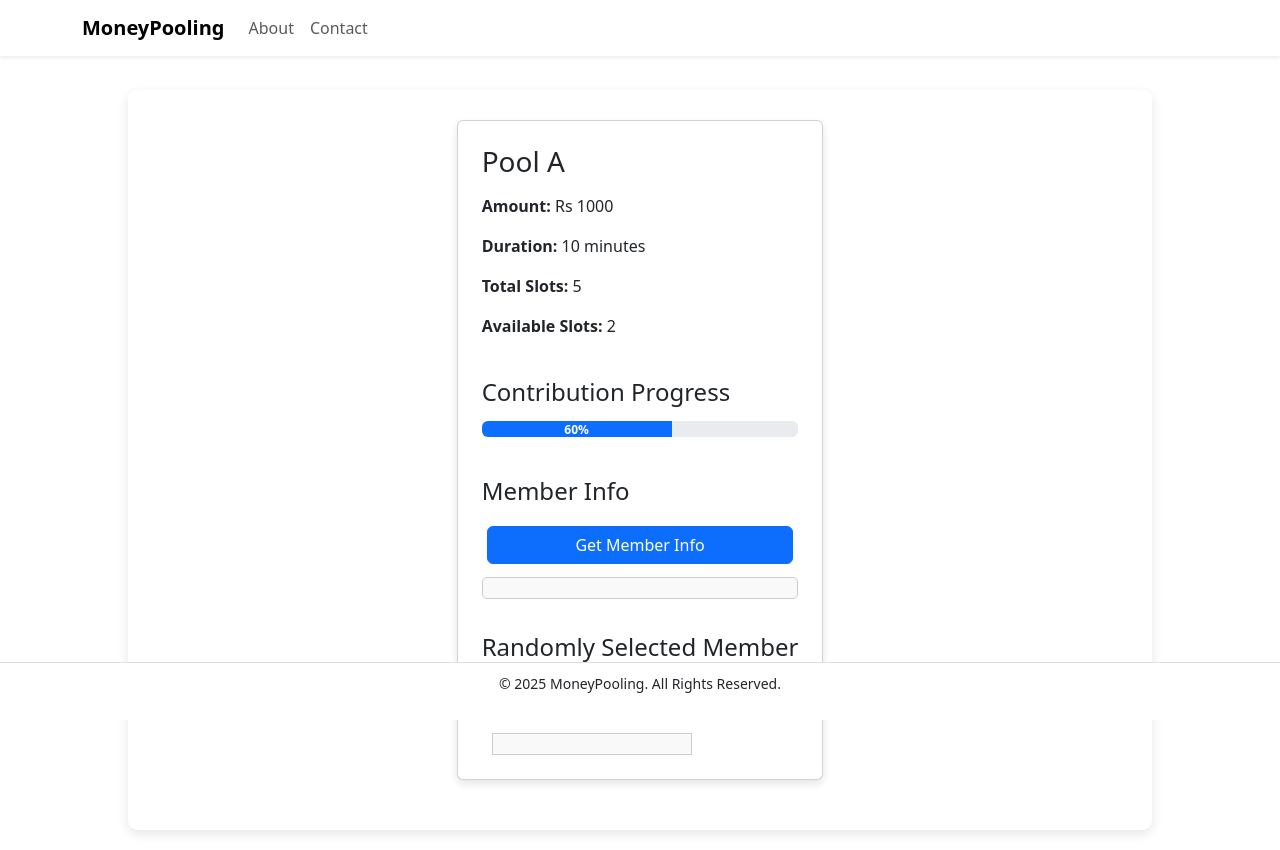
Repository: xxgautm420/MoneyPool
Page: http://localhost/progress
These files come from the project's save history. The page is drawn as it stood at one moment and after the next save; the edit follows.
The browser window is 1280 px wide. The pictures show the whole page.
The page is served by the project's application, run on Flask 3 (app.py).

Above is the page before, as saved 2025-03-02 14:13:06.

After the next save:
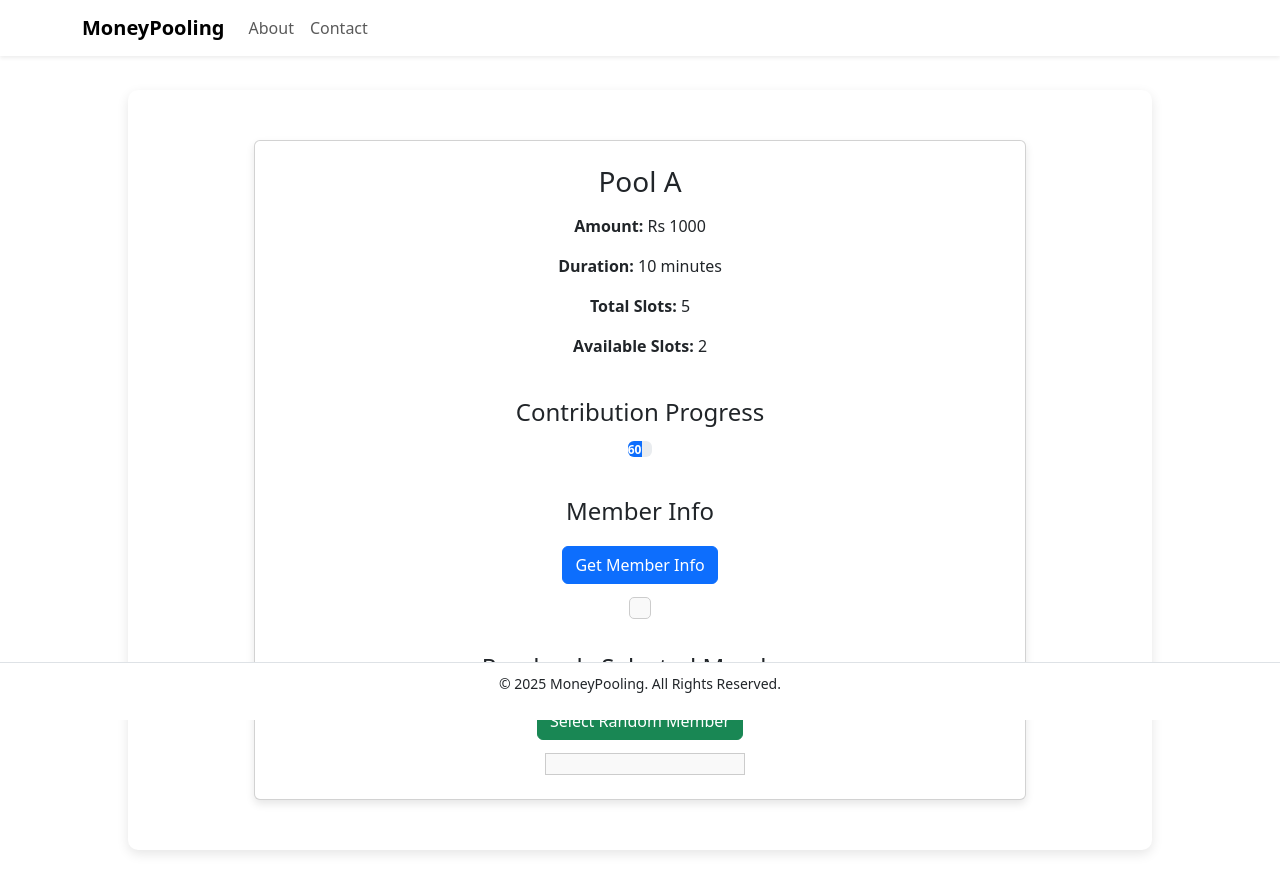
Saved 72 s later.
--- a/static/Css/progress.css
+++ b/static/Css/progress.css
@@ -139,7 +139,20 @@
     margin-top: 20px;
 }
 
-.card {
+.card {width: 80%;
+    max-width: 1200px; /* Increase max-width to fit more content */
+    margin: 20px auto;
+    padding: 30px;
+    background-color: #fff;
+    border-radius: 10px;
+    box-shadow: 0 4px 12px rgba(0, 0, 0, 0.1);
+    flex: 1; /* Allow the container to grow and take available space */
+    overflow: hidden; /* Remove vertical scrolling */
+    display: flex;
+    flex-direction: column; /* Stack the elements vertically */
+    align-items: center; /* Center items horizontally */
+    justify-content: center; /* Center items vertically within the container */
+
     padding: 20px;
     border: 1px solid #dee2e6;
     border-radius: 10px;

After the save that followed:
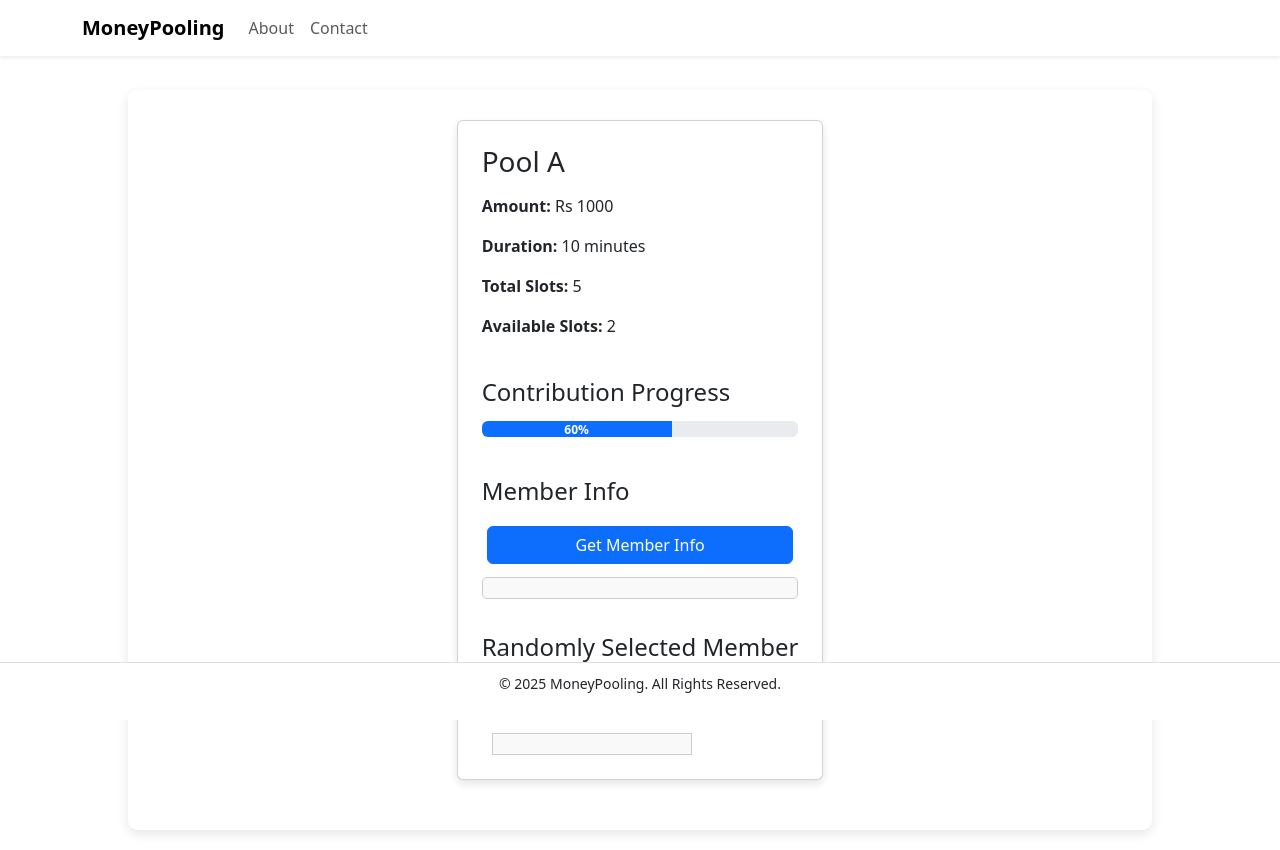
Saved 12 s later.
--- a/static/Css/progress.css
+++ b/static/Css/progress.css
@@ -139,20 +139,7 @@
     margin-top: 20px;
 }
 
-.card {width: 80%;
-    max-width: 1200px; /* Increase max-width to fit more content */
-    margin: 20px auto;
-    padding: 30px;
-    background-color: #fff;
-    border-radius: 10px;
-    box-shadow: 0 4px 12px rgba(0, 0, 0, 0.1);
-    flex: 1; /* Allow the container to grow and take available space */
-    overflow: hidden; /* Remove vertical scrolling */
-    display: flex;
-    flex-direction: column; /* Stack the elements vertically */
-    align-items: center; /* Center items horizontally */
-    justify-content: center; /* Center items vertically within the container */
-
+.card {
     padding: 20px;
     border: 1px solid #dee2e6;
     border-radius: 10px;
